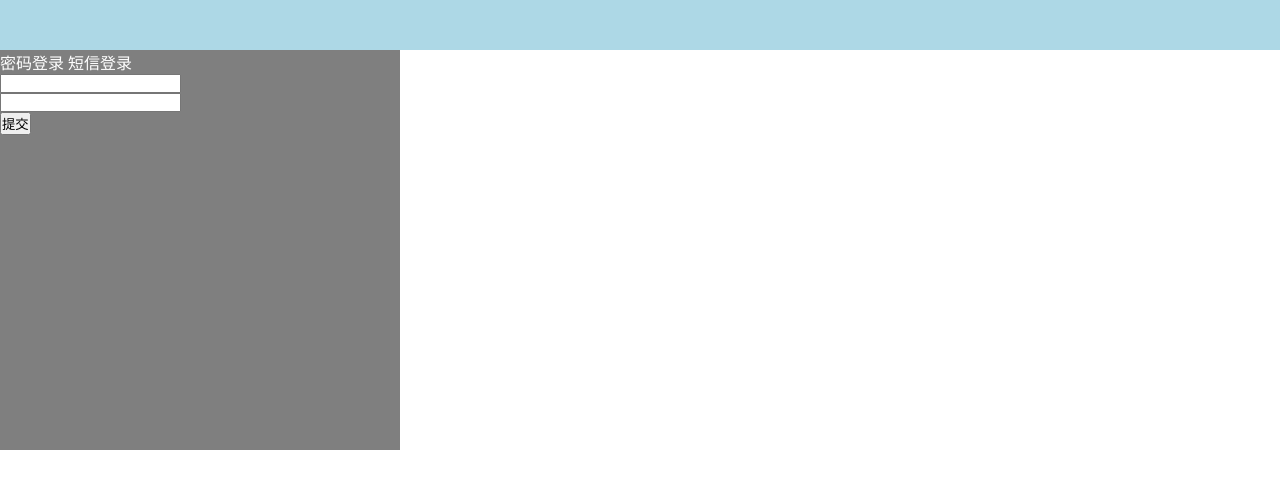
Repository: wxamlzm/campus0714
Page: views/login.html
The author's editor kept a copy of each file at every save. The page is drawn from the files as they stood at one save, then again after the next save.
The browser window is 1280 px wide. The pictures show the whole page.

Above is the page before, as saved 2021-07-14 22:54:31.

### views/login.html
<!DOCTYPE html>
<html>
  <head>
    <meta charset='utf-8'>
    <title>注册页面</title>
    <link rel="stylesheet" href="./css/common.css">
  </head>
  <body>
    <header></header>
    <div class="login-box">
      <div class="login-container">
        <div class="login-title">
          <a href="#">密码登录</a>
          <a href="#">短信登录</a>
        </div>
        <div class="login-inpu">
          <div class="input-user">
            <input type="text">
          </div>
          <div class="input-upwd">
            <input type="password">
          </div>
        </div>
        <div class="btn">
          <button>提交</button>
        </div>
      </div>
    </div>
  </body>
  <script src="./js/login.js"></script>
</html>

### views/css/common.css
* {
  padding: 0;
  margin: 0;
}
header {
  height: 50px;
  background-color: lightblue;
}
.login-box {
  width: 400px;
  height: 400px;
  background-color: rgba(0,0,0,0.5);
}
.login-box .log-container {
  width: 300px;
  margin: 0 auto;
}
.login-box .login-title > a {
  color: #fff;
  text-decoration: none;
}

Loaded but not shown: views/js/login.js (no stored copy; drawn as an empty file)

After the next save:
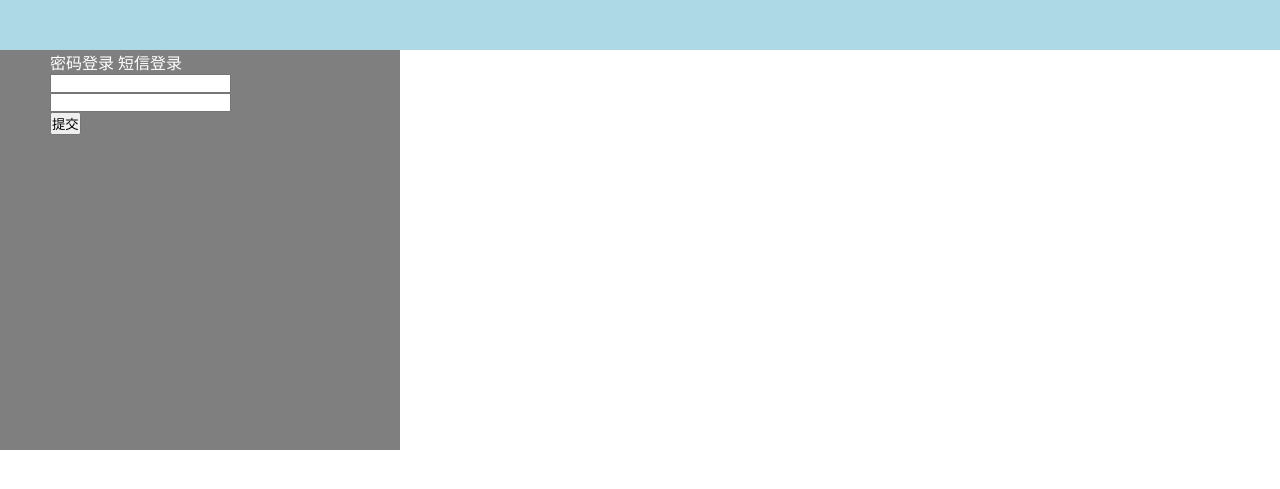
Saved 13 s later.
--- a/views/css/common.css
+++ b/views/css/common.css
@@ -11,7 +11,7 @@ header {
   height: 400px;
   background-color: rgba(0,0,0,0.5);
 }
-.login-box .log-container {
+.login-box .login-container {
   width: 300px;
   margin: 0 auto;
 }
